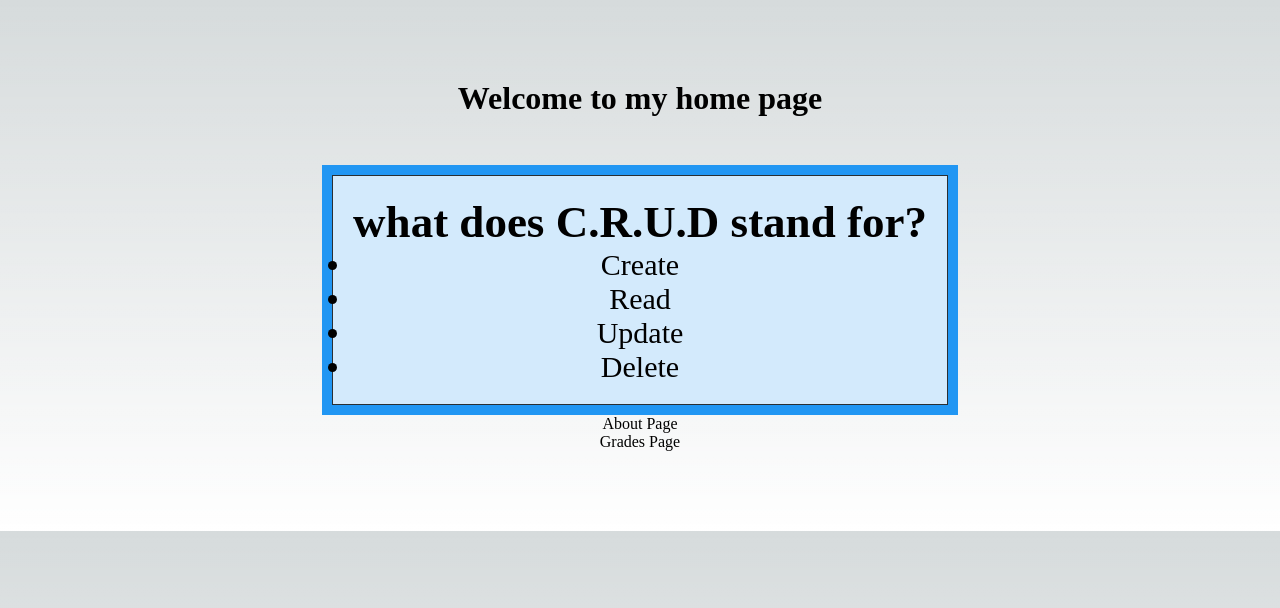
Repository: juliet-jskim/dynamic-week4-inclassplaywright
Page: /
These files come from the project's save history. The page is drawn as it stood at one moment and after the next save; the edit follows.
The browser window is 1280 px wide. The pictures show the whole page.
The project was rebuilt for these pictures with package versions that can differ from the ones it lists, and the page was loaded fresh each time. The framework's server and built-in components were replaced by stand-ins that run in the browser. Also part of the build but not shown: next.config.js.

Above is the page before, as saved 2023-01-23 11:11:53.

### pages/index.js
import Head from 'next/head'
import Image from 'next/image'
import { Inter } from '@next/font/google'
import styles from '@/styles/Home.module.css'

const inter = Inter({ subsets: ['latin'] })

export default function Home() {
  return (
    <>
      <Head>
        <title>Example #1</title>
        <meta name="description" content="Generated by create next app" />
        <meta name="viewport" content="width=device-width, initial-scale=1" />
        <link rel="icon" href="/favicon.ico" />
      </Head>
      <main className={styles.main}>
        <h1>Welcome to my home page</h1>

        <div className={styles.grid}>
          <div className={styles.grid__container} style={{display:"grid"}}>
            <div className={styles.grid__item}>
              <h2>what does C.R.U.D stand for?</h2>
              <ul>
                  <li>Create</li>
                  <li>Read</li>
                  <li>Update</li>
                  <li>Delete</li>
                </ul>
              </div>
          </div>
        </div>


        <a href='http://localhost:3000/about'>About Page</a>

        <a href='http://localhost:3000/grades'>Grades Page</a>

      </main>
    </>
  )
}

### styles/Home.module.css
.container {
  min-height: 100vh;
  padding: 0 0.5rem;
  display: flex;
  flex-direction: column;
  justify-content: center;
  align-items: center;
}

.main {
  padding: 5rem 0;
  flex: 1;
  display: flex;
  flex-direction: column;
  justify-content: center;
  align-items: center;
}

.footer {
  width: 100%;
  height: 100px;
  border-top: 1px solid #eaeaea;
  display: flex;
  justify-content: center;
  align-items: center;
}

.footer a {
  display: flex;
  justify-content: center;
  align-items: center;
  flex-grow: 1;
}

.title a {
  color: #0070f3;
  text-decoration: none;
}

.title a:hover,
.title a:focus,
.title a:active {
  text-decoration: underline;
}

.title {
  margin: 0;
  line-height: 1.15;
  font-size: 4rem;
}

.title,
.description {
  text-align: center;
}

.description {
  line-height: 1.5;
  font-size: 1.5rem;
}

.code {
  background: #fafafa;
  border-radius: 5px;
  padding: 0.75rem;
  font-size: 1.1rem;
  font-family: Menlo, Monaco, Lucida Console, Liberation Mono, DejaVu Sans Mono,
    Bitstream Vera Sans Mono, Courier New, monospace;
}

.grid {
  display: flex;
  align-items: center;
  justify-content: center;
  flex-wrap: wrap;
  max-width: 800px;
  margin-top: 3rem;
}

.grid__container {
  display: grid;
  grid-template-columns: auto auto auto;
  background-color: #2196F3;
  padding: 10px;
}
.grid__item {
  background-color: rgba(255, 255, 255, 0.8);
  border: 1px solid rgba(0, 0, 0, 0.8);
  padding: 20px;
  font-size: 30px;
  text-align: center;
}

.card {
  margin: 1rem;
  padding: 1.5rem;
  text-align: left;
  color: inherit;
  text-decoration: none;
  border: 1px solid #eaeaea;
  border-radius: 10px;
  transition: color 0.15s ease, border-color 0.15s ease;
  width: 45%;
}

.card:hover,
.card:focus,
.card:active {
  color: #0070f3;
  border-color: #0070f3;
}

.card h2 {
  margin: 0 0 1rem 0;
  font-size: 1.5rem;
}

.card p {
  margin: 0;
  font-size: 1.25rem;
  line-height: 1.5;
}

.logo {
  height: 1em;
  margin-left: 0.5rem;
}

@media (max-width: 600px) {
  .grid {
    width: 100%;
    flex-direction: column;
  }
}

Loaded but not shown: pages/_app.js (common file); pages/_document.js (common file); styles/globals.css (common file)

After the next save:
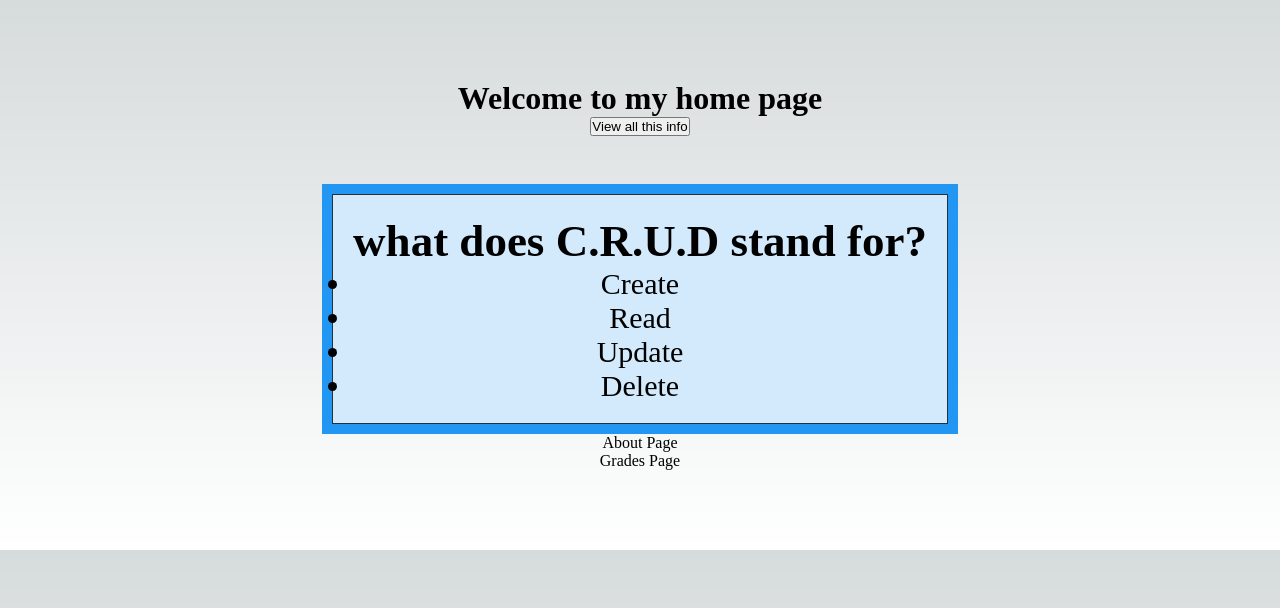
Saved 116 s later.
--- a/pages/index.js
+++ b/pages/index.js
@@ -16,7 +16,7 @@ export default function Home() {
       </Head>
       <main className={styles.main}>
         <h1>Welcome to my home page</h1>
-
+        <button>View all this info</button>
         <div className={styles.grid}>
           <div className={styles.grid__container} style={{display:"grid"}}>
             <div className={styles.grid__item}>
@@ -36,6 +36,8 @@ export default function Home() {
 
         <a href='http://localhost:3000/grades'>Grades Page</a>
 
+
+
       </main>
     </>
   )
